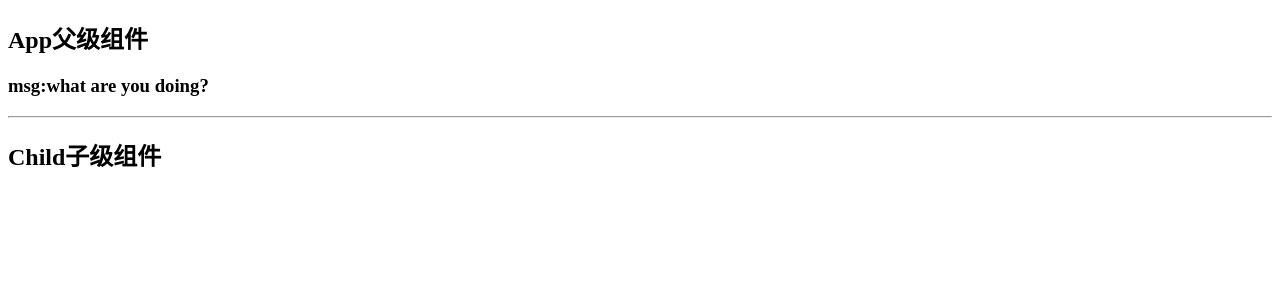
Repository: zhuhongxiang/Vue3.0-TSLeaning
Page: / (app in 04_Vue3/vue3_learning/)
The author's editor kept a copy of each file at every save. The page is drawn from the files as they stood at one save, then again after the next save.
The browser window is 1280 px wide. The pictures show the whole page.
The project was rebuilt for these pictures with package versions that can differ from the ones it lists, and the page was loaded fresh each time.

Above is the page before, as saved 2021-07-25 21:43:46.

After the next save:
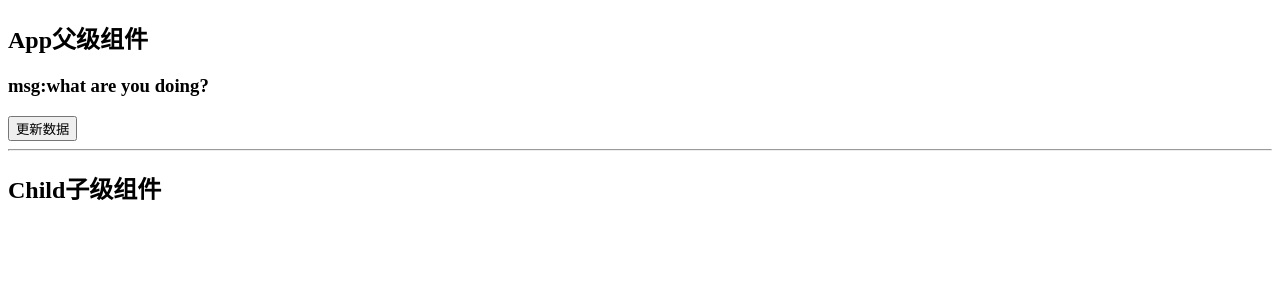
Saved 43 s later.
--- a/04_Vue3/vue3_learning/src/App.vue
+++ b/04_Vue3/vue3_learning/src/App.vue
@@ -1,6 +1,7 @@
 <template>
   <h2>App父级组件</h2>
   <h3>msg:{{ msg }}</h3>
+  <button @click="msg += '==='">更新数据</button>
   <hr />
   <Child />
 </template>
